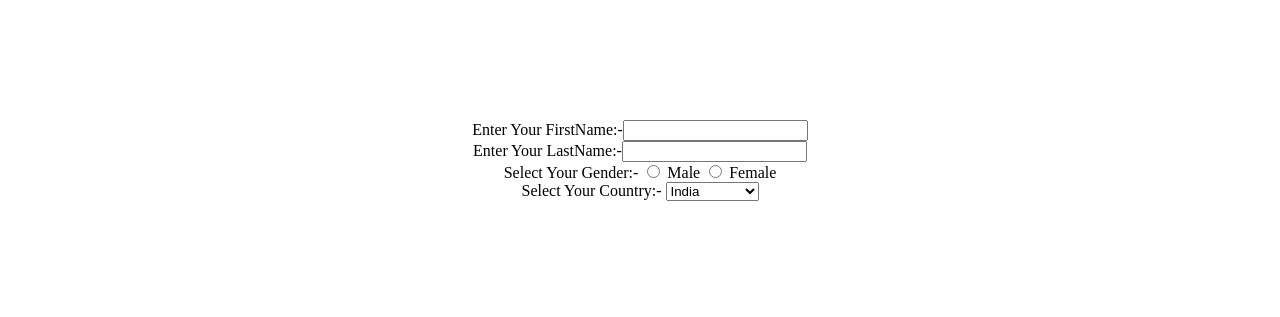
Repository: ErNitesh-d/java-program
Page: JAVA PROJECTS/ASSIGNMMENT_2/WebContent/index.html
The author's editor kept a copy of each file at every save. The page is drawn from the files as they stood at one save, then again after the next save.
The browser window is 1280 px wide. The pictures show the whole page.

Above is the page before, as saved 2022-09-03 15:17:30.

### JAVA PROJECTS/ASSIGNMMENT_2/WebContent/index.html

<!DocType html>
<html>
<body>
<div style=" margin: auto;
width: 75%;
text-align: center;
padding: 70px 0;
border: 0px solid white;
text-align: header;
margin-top: 50px;">
<form action="Hello" method="get">
Enter Your FirstName:-<input type="text" name="FirstName"><br>
Enter Your LastName:-<input type="text" name="LastName"><br>
Select Your Gender:-
<input type="radio" id="Male" name="Gender" value="Male">
<label for="Male">Male</label>
<input type="radio" id="Female" name="Gender" value="Female">
<label for="Female">Female</label><br>
<label for="cars">Select Your Country:-</label>
<select name="Country" id="cars">
<option value="India">India</option>
<option value=" America">America</option>
<option value=" Afghanistan">Afghanistan</option>
<option value="Pakistan">Pakistan</option>
<option value="china">china</option>
</select><br>
<br>
<br>
<input type="submit" style=" position: relative; background-color: red; /* Green */

</form>
</div>
</body>
</html>

After the next save:
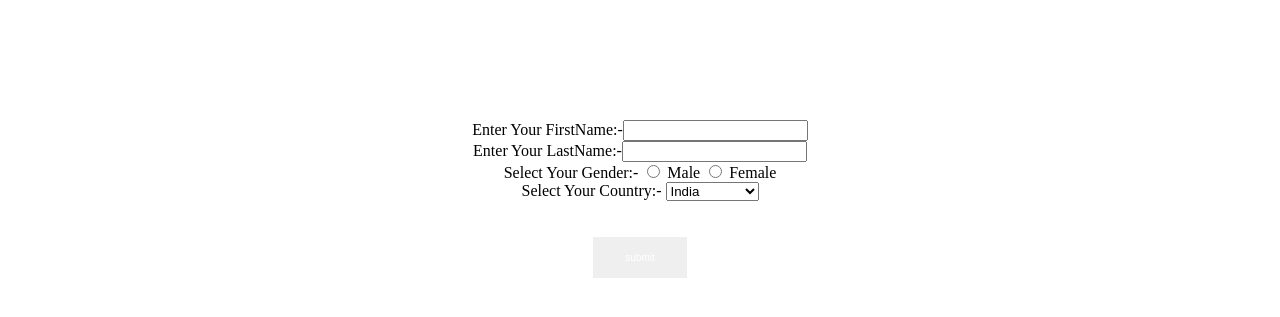
Saved 20 s later.
--- a/JAVA PROJECTS/ASSIGNMMENT_2/WebContent/index.html
+++ b/JAVA PROJECTS/ASSIGNMMENT_2/WebContent/index.html
@@ -27,8 +27,14 @@ Select Your Gender:-
 </select><br>
 <br>
 <br>
-<input type="submit" style=" position: relative; background-color: red; /* Green */
-
+<input type="submit" style=" position: relative; background-color: ; /* Green */
+border: none;
+color: white;
+padding: 15px 32px;
+text-align: center;
+text-decoration: none;
+display: inline-block;
+font-size: 10px;"value="submit">
 </form>
 </div>
 </body>
